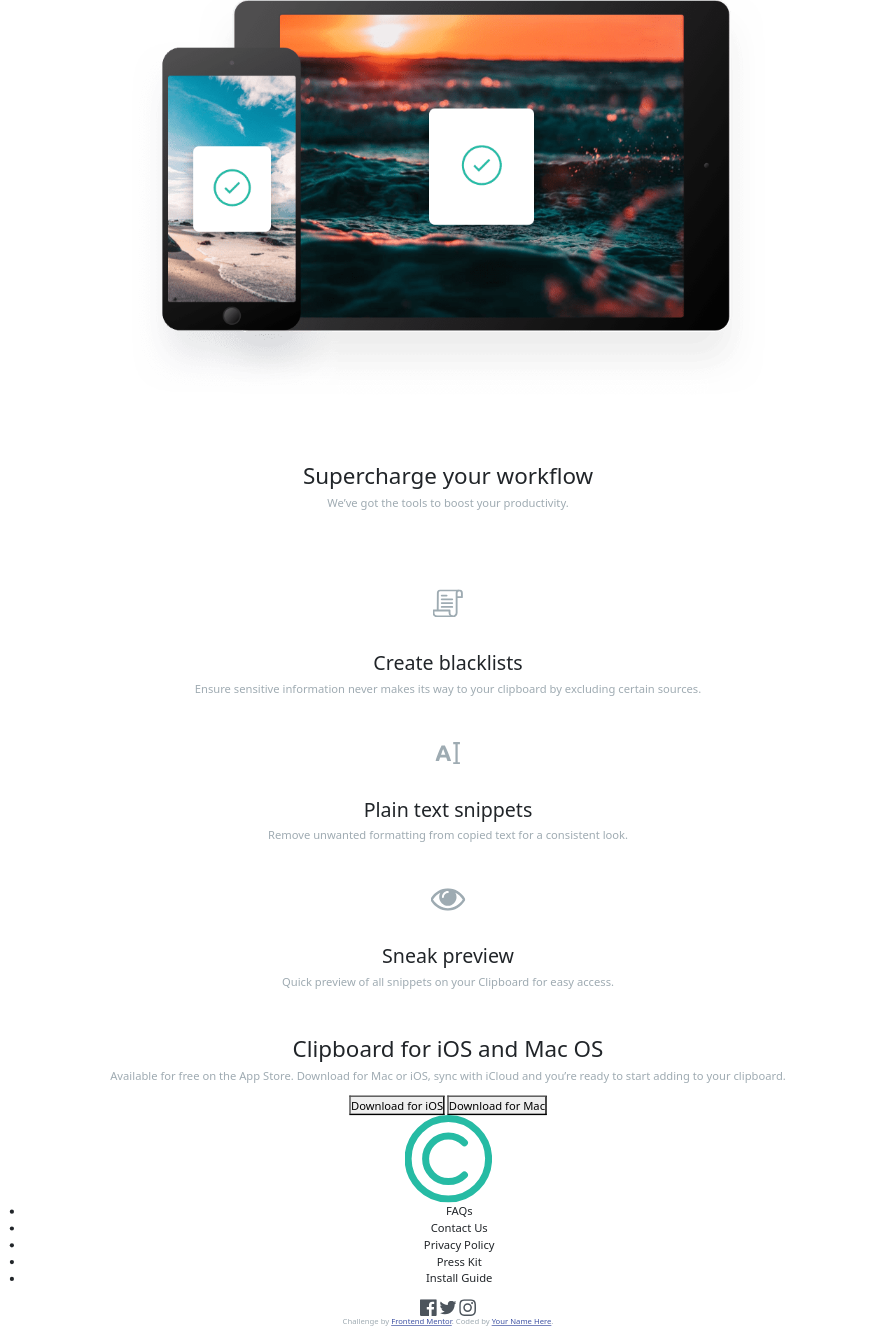
Repository: blordeus/clipboard-landing-page-master
Page: index.html
The author's editor kept a copy of each file at every save. The page is drawn from the files as they stood at one save, then again after the next save.
The browser window is 1280 px wide. The pictures show the part of the page from y = 1870 to 3790 px (the page is 3782 px tall before and 3790 px after), at 70% of full size.
Some web fonts or font styles are not loaded; a fallback is used. The style sheet was rebuilt from its Sass, Less or Tailwind sources for each picture, by a compiler version that may differ from the author's.

Above is the page before, as saved 2023-09-04 11:50:53.

After the next save:
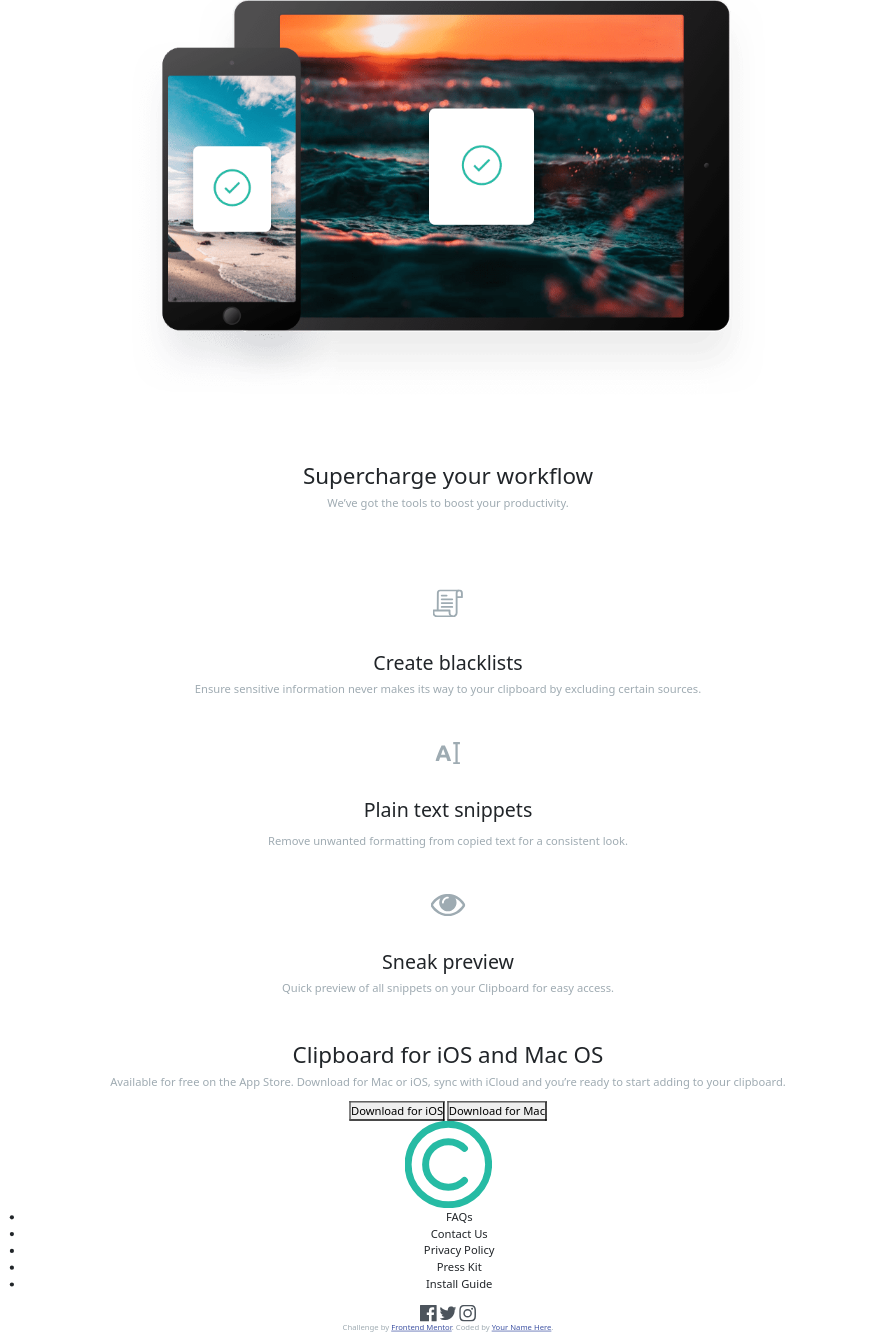
Saved 21 s later.
--- a/index.html
+++ b/index.html
@@ -69,7 +69,7 @@
       </div>
       <div>
         <img class="my-5" src="./images/icon-text.svg" alt="blacklist">
-        <h3>Plain text snippets</h3>
+        <h3 class="mb-3">Plain text snippets</h3>
         <p>Remove unwanted formatting from copied text for a consistent look.</p>
       </div>
       <div>
